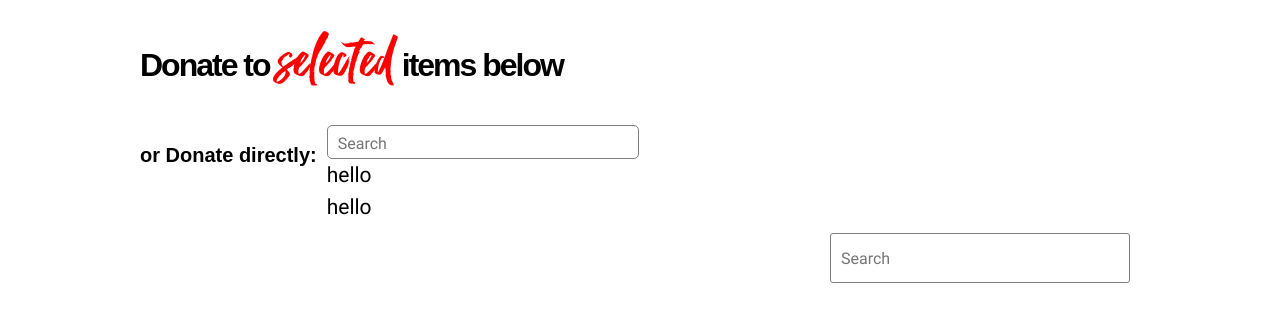
Repository: David-Waite/edableStyleChanges
Page: /
The author's editor kept a copy of each file at every save. The page is drawn from the files as they stood at one save, then again after the next save.
The browser window is 1280 px wide. The pictures show the whole page.
The project was rebuilt for these pictures with package versions that can differ from the ones it lists, and the page was loaded fresh each time. Also part of the build but not shown: src/components/Item/ProgressBar.css, src/components/Volunteer/Volunteer.tsx, src/components/DonorForm/Message.css, src/components/Volunteer/VolunteerError.tsx, src/components/Default.tsx, src/components/DonorForm/Paypal.tsx, src/components/DonorForm/DonorForm.tsx, src/components/DonorForm/PastDonations.css and 8 more.

Above is the page before, as saved 2022-11-09 19:39:32.

After the next save:
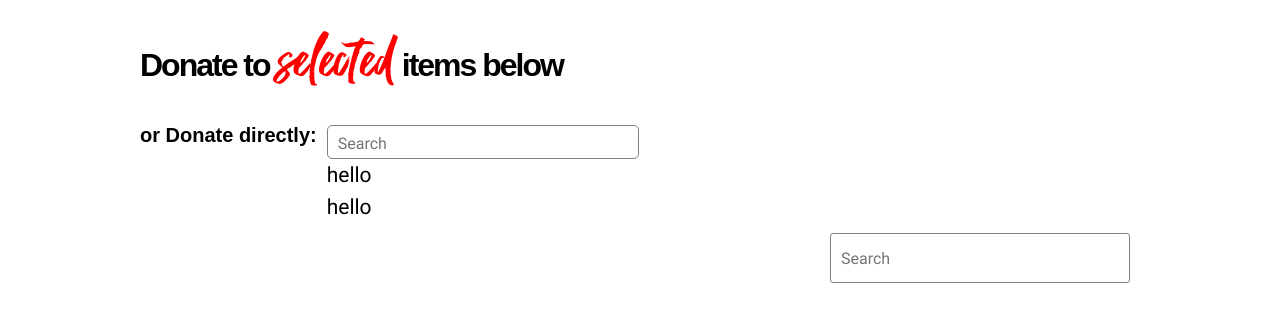
Saved 8 s later.
--- a/src/components/Landing/Landing.css
+++ b/src/components/Landing/Landing.css
@@ -41,7 +41,6 @@
   font-weight: 700;
 }
 .selectOrgCon {
-  padding-top: 20px;
   display: flex;
 
   margin-bottom: 0px;
@@ -57,6 +56,7 @@
 }
 
 .orgSearchBar {
+  padding-top: 20px;
   margin-left: 10px;
 }
 
